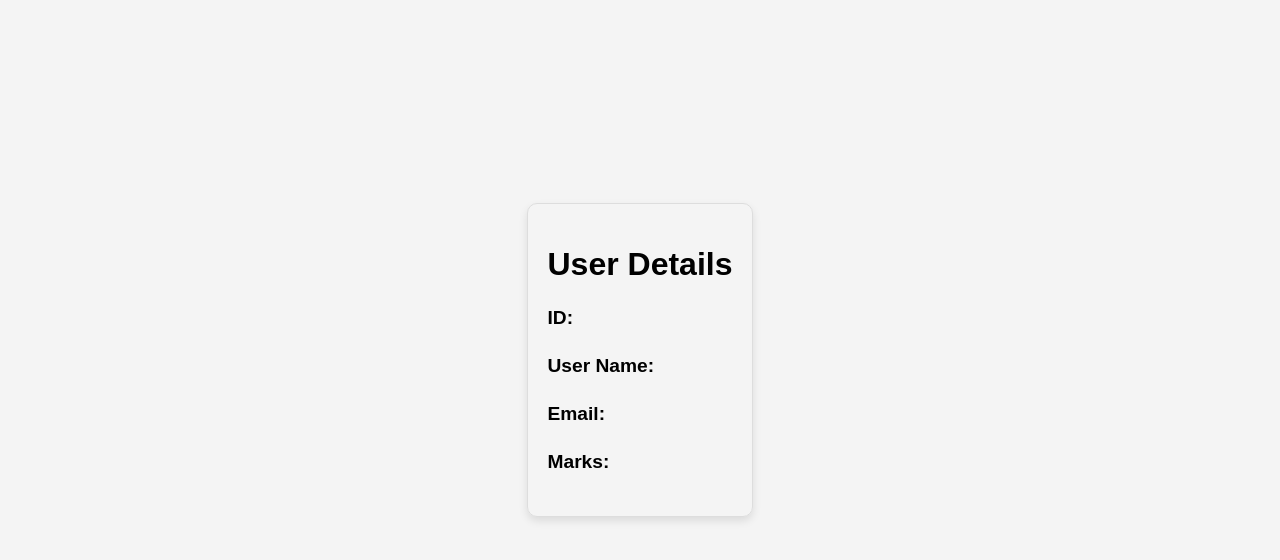
Repository: chetanchavan30/Optifyx
Page: http://localhost/OnlineExaminationSystem/view.jsp
The author's editor kept a copy of each file at every save. The page is drawn from the files as they stood at one save, then again after the next save.
The browser window is 1280 px wide. The pictures show the whole page.
The page is served by Tomcat 10.

Above is the page before, as saved 2025-01-25 19:26:27.

After the next save:
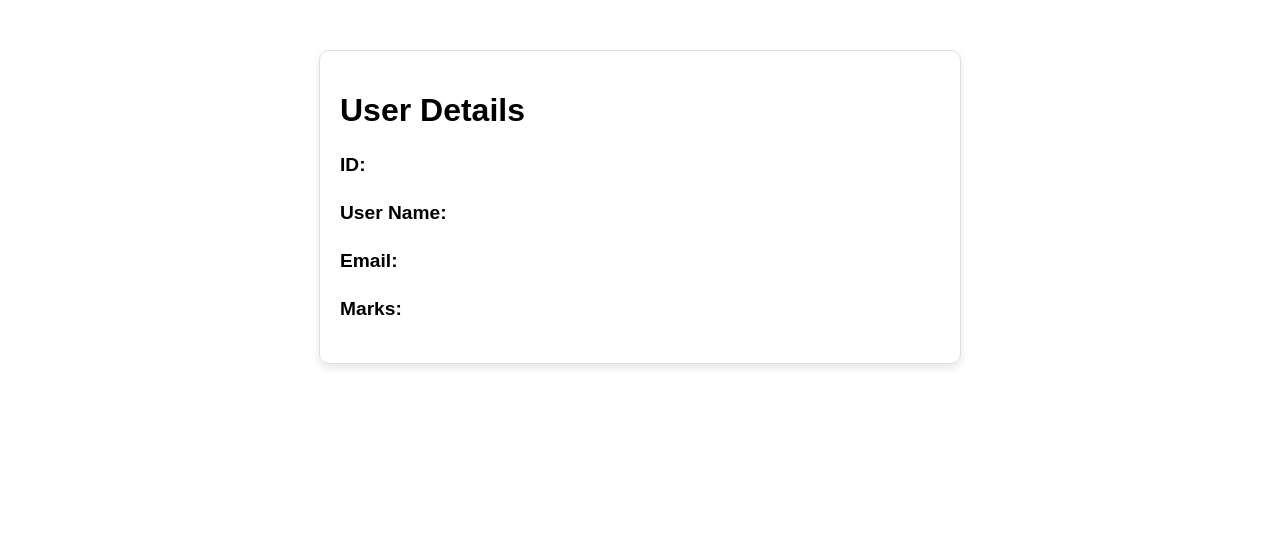
Saved 81 s later.
--- a/OnlineExaminationSystem/src/main/webapp/view.jsp
+++ b/OnlineExaminationSystem/src/main/webapp/view.jsp
@@ -4,8 +4,27 @@
     <meta charset="UTF-8">
     <meta name="viewport" content="width=device-width, initial-scale=1.0">
     <title>User Details</title>
-        <link rel="stylesheet" href="styles.css">
-
+    <style>
+        .container-details {
+            max-width: 600px;
+            margin: 50px auto;
+            padding: 20px;
+            border: 1px solid #ddd;
+            border-radius: 10px;
+            box-shadow: 0 4px 8px rgba(0, 0, 0, 0.1);
+            font-family: Arial, sans-serif;
+        }
+        .container h1 {
+            text-align: center;
+        }
+        .user-details {
+            margin-top: 20px;
+        }
+        .user-details p {
+            font-size: 1.2rem;
+            line-height: 1.5;
+        }
+    </style>
 </head>
 <body>
     <div class="container-details">
